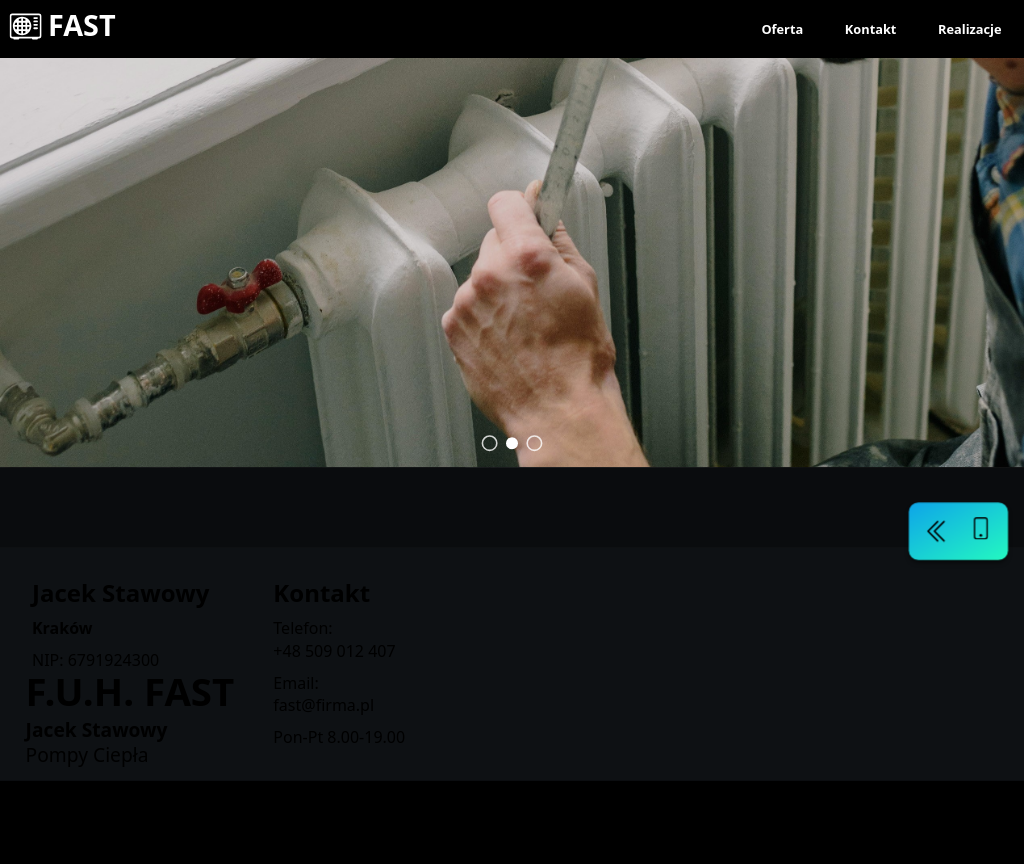
Repository: piotrokrutniak/Fast-CompanyWebsite
Page: /carousel
An editor plug-in stored every save of this project. The page is shown before and after the next save, followed by the edit.
The browser window is 1280 px wide. The pictures show the whole page, at 80% of full size.
The project was rebuilt for these pictures with package versions that can differ from the ones it lists, and the page was loaded fresh each time. The framework's server and built-in components were replaced by stand-ins that run in the browser. Also part of the build but not shown: next.config.js.

Above is the page before, as saved 2023-10-21 11:44:44.

After the next save:
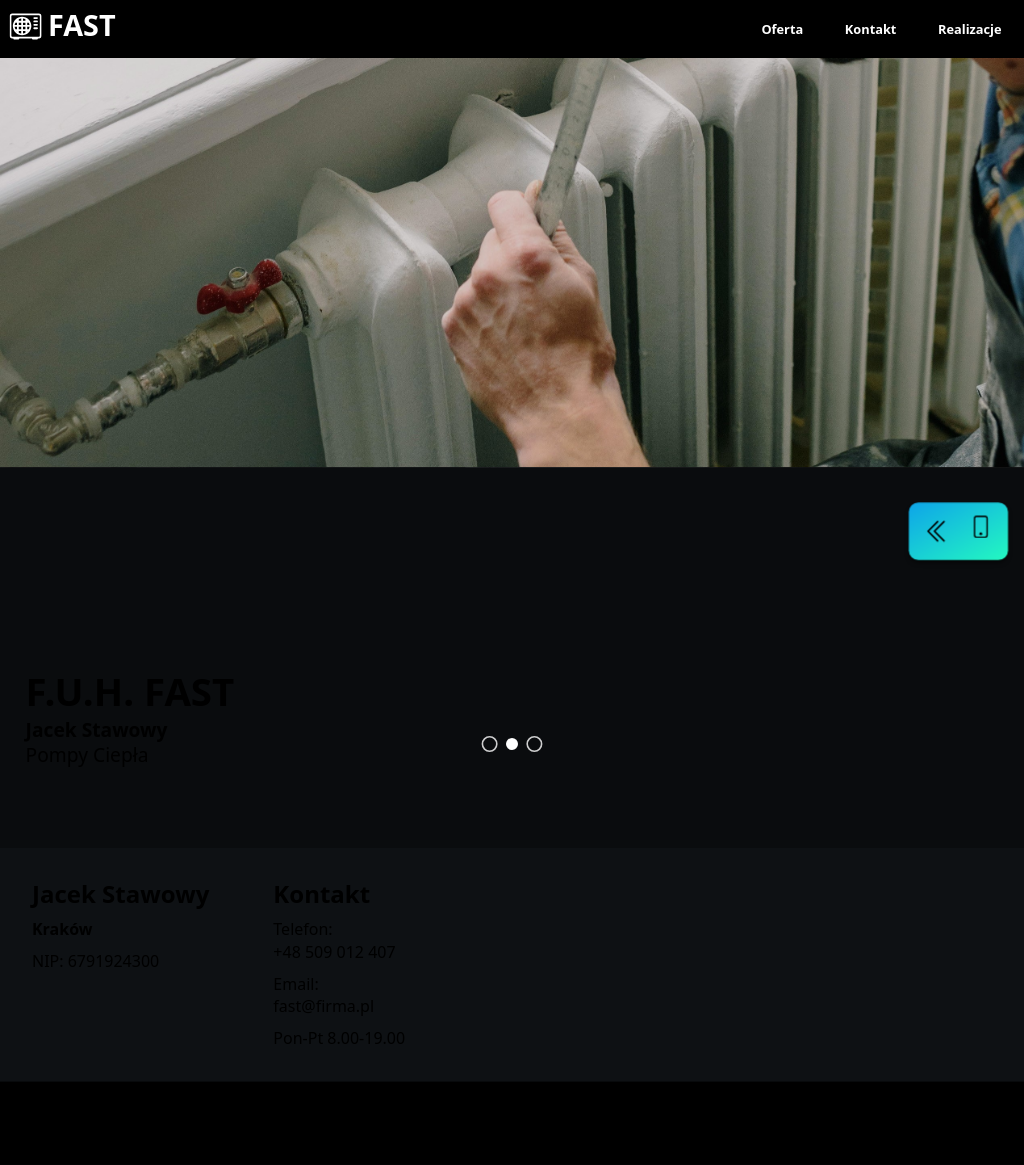
Saved 29 s later.
--- a/src/app/(pages)/carousel/page.js
+++ b/src/app/(pages)/carousel/page.js
@@ -69,7 +69,7 @@
             {slides.map((image, index) => <CarouselPanel image={image.img} key={index} index={index} />)}
         </div>
         </div>
-        <div className='absolute px-8 mt-64 z-20 max-sm:px-5'>
+        <div className='relative px-8 mt-64 z-20 max-sm:px-5'>
             <div className='font-bold text-5xl relative max-sm:text-4xl'>F.U.H. FAST</div>
             <div className='font-semibold text-2xl pt-2 relative max-sm:text-xl'>Jacek Stawowy</div>
             <div className='font-thin text-2xl relative max-sm:text-lg'>{slides[activeIndex].desc}</div>

After the save that followed:
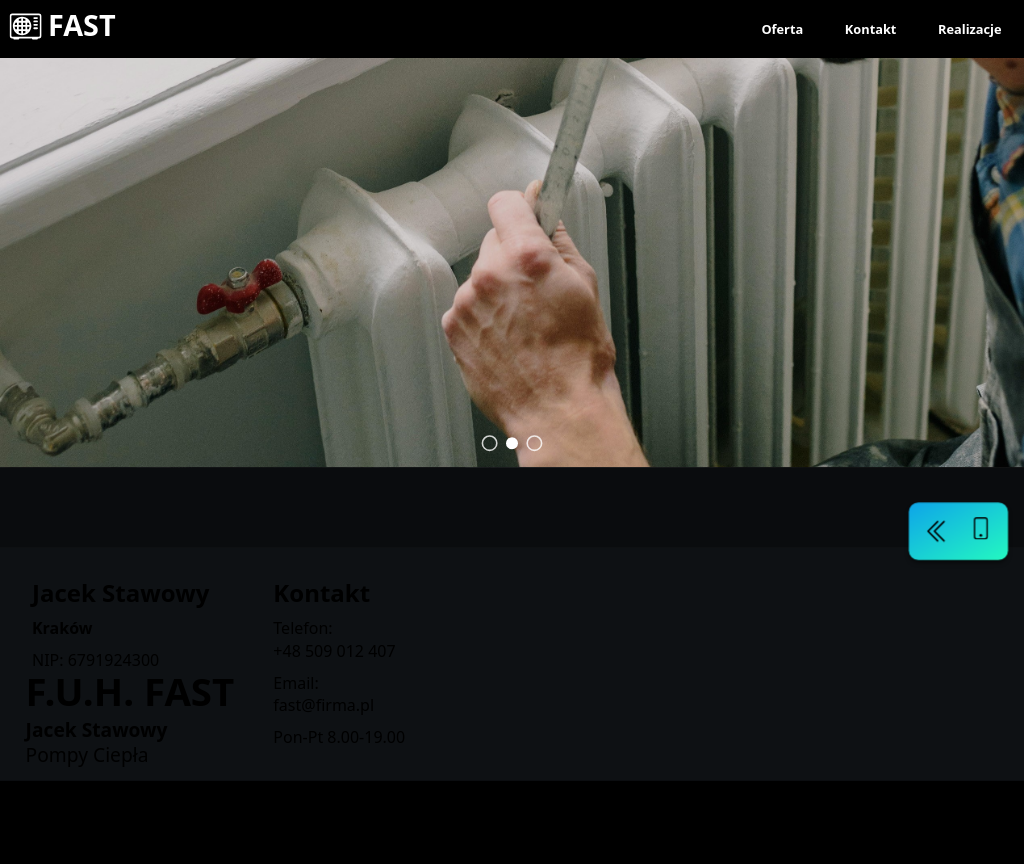
Saved 7 s later.
--- a/src/app/(pages)/carousel/page.js
+++ b/src/app/(pages)/carousel/page.js
@@ -69,7 +69,7 @@
             {slides.map((image, index) => <CarouselPanel image={image.img} key={index} index={index} />)}
         </div>
         </div>
-        <div className='relative px-8 mt-64 z-20 max-sm:px-5'>
+        <div className='absolute px-8 mt-64 z-20 max-sm:px-5'>
             <div className='font-bold text-5xl relative max-sm:text-4xl'>F.U.H. FAST</div>
             <div className='font-semibold text-2xl pt-2 relative max-sm:text-xl'>Jacek Stawowy</div>
             <div className='font-thin text-2xl relative max-sm:text-lg'>{slides[activeIndex].desc}</div>
